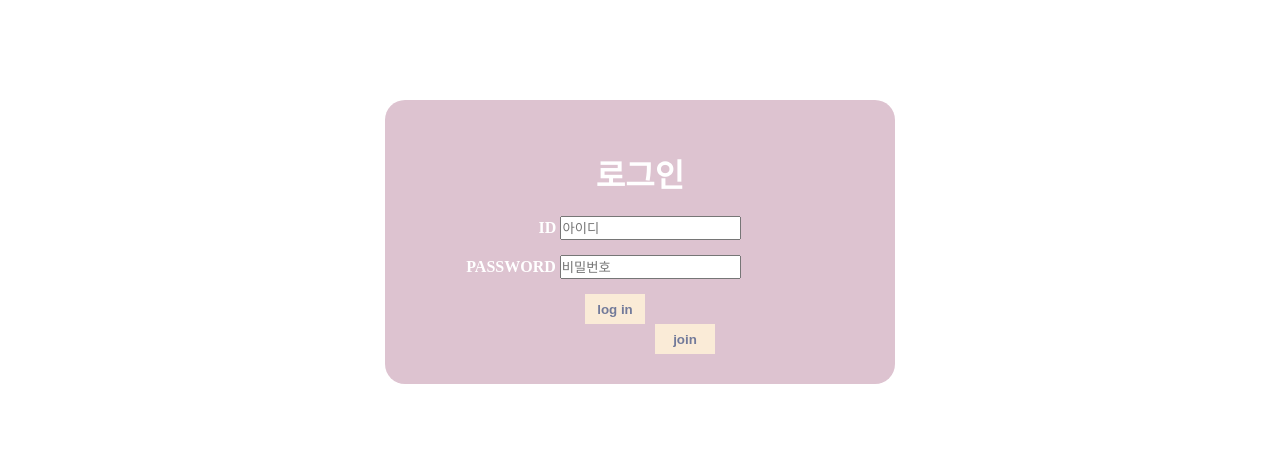
Repository: kayoyo/jsp
Page: http://localhost/BoardWeb_4/login
An editor plug-in stored every save of this project. The page is shown before and after the next save, followed by the edit.
The browser window is 1280 px wide. The pictures show the whole page.
The page is served by Tomcat 9. Other server files are loaded and not shown.

Above is the page before, as saved 2020-08-28 06:29:16.

### BoardWeb_4/WebContent/WEB-INF/jsp/user/login.jsp
<%@ page language="java" contentType="text/html; charset=UTF-8"
    pageEncoding="UTF-8"%>
<!DOCTYPE html>
<html>
<head>
<meta charset="UTF-8">
<style>
* { margin:0; padding: 0; }
 a {text-decoration:none; color: black;}
 .err {color: #585858;}
 #container {width: 450px; background-color: #ddc3d0;
 			margin: 0 auto; padding:30px; text-align:center; margin-top: 100px; border-radius: 20px 20px 20px 20px;}
 h1 {margin: 20px; color: white;}
 .pw {margin-right: 73px;}
 .pw, .id {color: white; margin-bottom: 15px; font-weight:bold;}
 input {height : 20px;}
 #loginBtn {width: 60px; height: 30px; margin-left: -50px;
 		color: #727A9A; background-color: #faebd7; font-weight:bold; border:none;}
 #joinBtn {width: 60px; height: 30px; margin-left: 90px;
 		color: #727A9A; background-color: #faebd7; font-weight:bold; border:none;}



</style>
<title>로그인</title>
</head>
<body>
	<div id="container">
	<h1>로그인</h1>
	<div class="err">${msg}</div>
<form action="/login" method="post" id="logFrom">
<div class="id">ID
<input type="text" name="user_id" placeholder="아이디" value="${data.user_id}"></div>
	<div class="pw">PASSWORD
	<input type="password" name="user_pw" placeholder="비밀번호"></div>
	<input type="submit" value="log in" id="loginBtn">
	</form>
	<div class="join">
	<a href="/join"><button id="joinBtn">join</button></a>
	</div>
	</div>
</body>
</html>

### BoardWeb_4/src/com/koreait/pjt/user/LoginSer.java
package com.koreait.pjt.user;

import java.io.IOException;
import javax.servlet.ServletException;
import javax.servlet.annotation.WebServlet;
import javax.servlet.http.HttpServlet;
import javax.servlet.http.HttpServletRequest;
import javax.servlet.http.HttpServletResponse;
import javax.servlet.http.HttpSession;

import com.koreait.pjt.Const;
import com.koreait.pjt.MyUtils;
import com.koreait.pjt.ViewResolver;
import com.koreait.pjt.db.UserDAO;
import com.koreait.pjt.vo.LoginHistroryVO;
import com.koreait.pjt.vo.UserVO;


@WebServlet("/login")
public class LoginSer extends HttpServlet {
	private static final long serialVersionUID = 1L;


	protected void doGet(HttpServletRequest request, HttpServletResponse response) throws ServletException, IOException {
		if(request.getRemoteAddr().equals("192.168.2.6")) {
			response.sendRedirect("/blockip");
		}

		ViewResolver.forword("user/login", request, response);
	}
	protected void doPost(HttpServletRequest request, HttpServletResponse response) throws ServletException, IOException {

		String user_id = request.getParameter("user_id");
		String user_pw = request.getParameter("user_pw");
		String encrypt_pw = MyUtils.encryptString(user_pw);

		UserVO param = new UserVO();
		param.setUser_id(user_id);
		param.setUser_pw(encrypt_pw);

		int result = UserDAO.login(param); //param의 주소값

		if(result !=1) {
			request.setAttribute("data", param);
			switch(result) {
			case 2 : request.setAttribute("msg", "비밀번호가 다릅니다");
			break;
			case 3 : request.setAttribute("msg", "아이디가 다릅니다");
			break;
			default : request.setAttribute("msg", "로그인을 실패했습니다");
			}
			param = null;
			doGet(request, response);
			return;
		}

		//로그인 히스토리 기록
		String agent = request.getHeader("User-Agent");
		System.out.println("agent : " + agent);
		String os = getOs(agent);
		String browser = getBrowser(agent);
		String ip_addr = request.getRemoteAddr();

		System.out.println("os : " + os);
		System.out.println("browser : " + browser);
		System.out.println("ip_addr : " + ip_addr);

		LoginHistroryVO ulhVO = new LoginHistroryVO();
		ulhVO.setI_user(param.getI_user());
		ulhVO.setOs(os);
		ulhVO.setIp_addr(ip_addr);
		ulhVO.setBrowser(browser);
		UserDAO.insUserLoginHistory(ulhVO);


		HttpSession hs = request.getSession();
		hs.setAttribute(Const.LOGIN_USER, param);

		System.out.println("로그인 성공");
		response.sendRedirect("/board/list");

	}
	private String getBrowser(String agent) {
		if(agent.toLowerCase().contains("msie")) {
			return "IE";
		} else if(agent.toLowerCase().contains("chrome")) {
			return "chrome";
		} else if(agent.toLowerCase().contains("safari")) {
			return "safari";
		}
		return "";
	}
	private String getOs(String agent) {

		if(agent.contains("mac")) {
			return "mac";
		} else if(agent.toLowerCase().contains("windows")) {
			return "windows";
		} else if(agent.toLowerCase().contains("x11")) {
			return "linux";
		} else if(agent.toLowerCase().contains("android")) {
			return "android";
		} else if(agent.toLowerCase().contains("iphone")) {
			return "ios";
		}
		return "";
	}

}

### BoardWeb_4/src/com/koreait/pjt/ViewResolver.java
package com.koreait.pjt;

import java.io.IOException;

import javax.servlet.ServletException;
import javax.servlet.http.HttpServlet;
import javax.servlet.http.HttpServletRequest;
import javax.servlet.http.HttpServletResponse;

public class ViewResolver {
	public static void forword(String fileNm, HttpServletRequest request, HttpServletResponse response) throws ServletException, IOException{
		String jsp = String.format("/WEB-INF/jsp/%s.jsp", fileNm);
		request.getRequestDispatcher(jsp).forward(request, response);

	}

	//로그인 체크
	public static void forwordLoginChk(String fileNm, HttpServletRequest request, HttpServletResponse response) throws ServletException, IOException {

		if(MyUtils.isLogout(request)) {
			response.sendRedirect("/login"); //로그인이 안되어 있을 때
			return;
		}
		ViewResolver.forword(fileNm, request, response);
	}

}

After the next save:
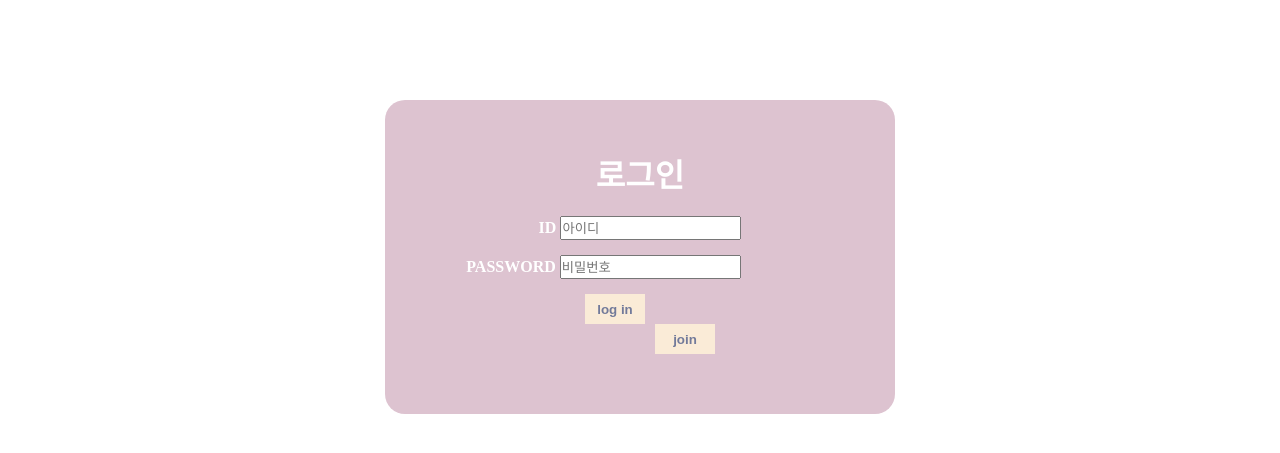
Saved 13 min 13 s later.
--- a/BoardWeb_4/WebContent/WEB-INF/jsp/user/login.jsp
+++ b/BoardWeb_4/WebContent/WEB-INF/jsp/user/login.jsp
@@ -16,7 +16,7 @@
  input {height : 20px;}
  #loginBtn {width: 60px; height: 30px; margin-left: -50px;
  		color: #727A9A; background-color: #faebd7; font-weight:bold; border:none;}
- #joinBtn {width: 60px; height: 30px; margin-left: 90px;
+ #joinBtn {width: 60px; height: 30px; margin-left: 90px; margin-bottom: 30px;
  		color: #727A9A; background-color: #faebd7; font-weight:bold; border:none;}
 
 

After the save that followed:
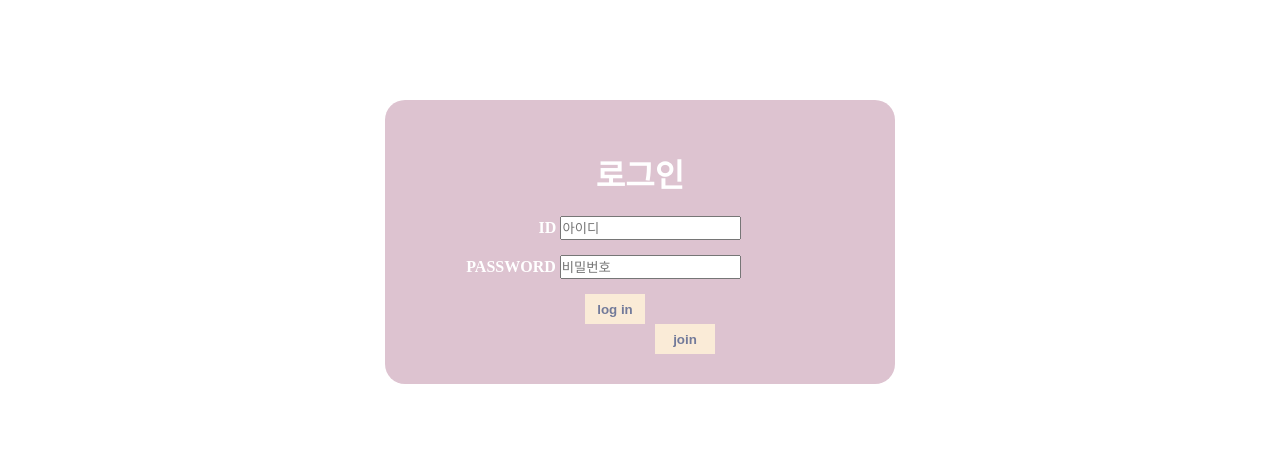
Saved 13 s later.
--- a/BoardWeb_4/WebContent/WEB-INF/jsp/user/login.jsp
+++ b/BoardWeb_4/WebContent/WEB-INF/jsp/user/login.jsp
@@ -16,7 +16,7 @@
  input {height : 20px;}
  #loginBtn {width: 60px; height: 30px; margin-left: -50px;
  		color: #727A9A; background-color: #faebd7; font-weight:bold; border:none;}
- #joinBtn {width: 60px; height: 30px; margin-left: 90px; margin-bottom: 30px;
+ #joinBtn {width: 60px; height: 30px; margin-left: 90px;
  		color: #727A9A; background-color: #faebd7; font-weight:bold; border:none;}
 
 
